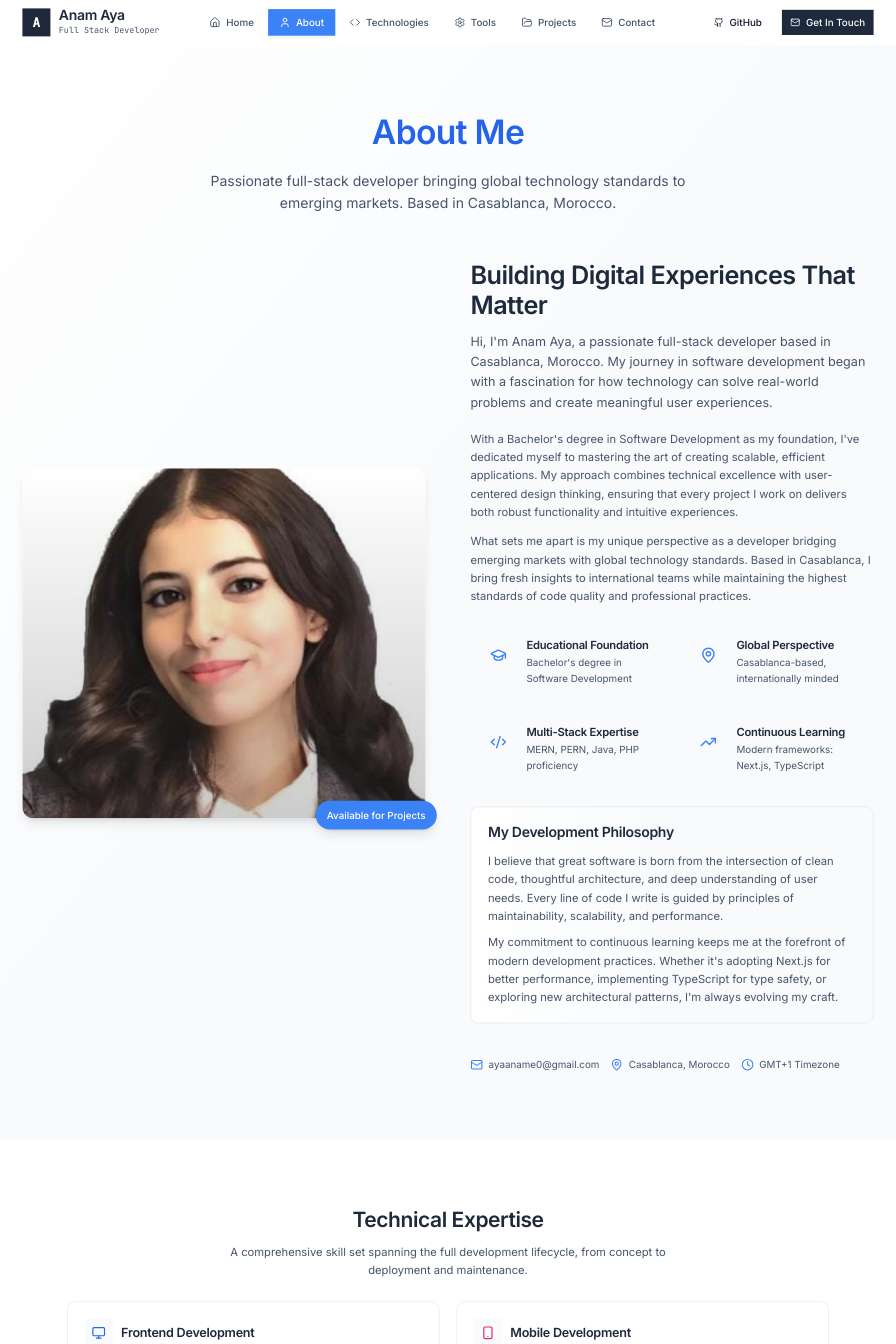
Repository: ayaaas/portflio_aya
Page: /about-me-personal-narrative
The author's editor kept a copy of each file at every save. The page is drawn from the files as they stood at one save, then again after a run of saves.
The browser window is 1280 px wide. The pictures show the part of the page from y = 0 to 1920 px (the page is 4280 px tall), at 70% of full size.
The project was rebuilt for these pictures with package versions that can differ from the ones it lists, and the page was loaded fresh each time. Also part of the build but not shown: vite.config.mjs, src/components/ErrorBoundary.jsx, src/pages/hero-section-developer-portfolio/components/ProfileImage.jsx, src/pages/hero-section-developer-portfolio/components/AnimatedText.jsx, src/pages/hero-section-developer-portfolio/components/HeroContent.jsx, src/pages/hero-section-developer-portfolio/components/BackgroundPattern.jsx, src/pages/hero-section-developer-portfolio/components/ScrollIndicator.jsx, src/pages/hero-section-developer-portfolio/index.jsx and 23 more.

Above is the page before, as saved 2025-07-20 01:06:20.

### index.html
<!doctype html>
<html lang="en">

<head>
  <meta charset="utf-8" />
  <title>anam-aya-portfolio</title>
  <meta name="viewport" content="width=device-width, initial-scale=1.0" />
  <meta name="theme-color" content="#000000" />
  <meta name="description" content="Web site created using create-react-app" />
  <link rel="icon" href="/favicon.ico" />
  <link rel="manifest" href="/manifest.json" />
<script type="module" src="https://static.rocket.new/rocket-web.js?_cfg=https%3A%2F%2Fanamayap2173back.builtwithrocket.new&_be=https%3A%2F%2Fapplication.rocket.new&_v=0.1.6"></script>
</head>

<body>
  <noscript>You need to enable JavaScript to run this app.</noscript>
  <div class="dhiwise-code" id="root"></div>
  <script type="module" src="/src/index.jsx"></script>
</body>

</html>

### src/Routes.jsx
import React from "react";
import { BrowserRouter, Routes as RouterRoutes, Route } from "react-router-dom";
import ScrollToTop from "components/ScrollToTop";
import ErrorBoundary from "components/ErrorBoundary";
// Add your imports here
import HeroSectionDeveloperPortfolio from "pages/hero-section-developer-portfolio";
import AboutMePersonalNarrative from "pages/about-me-personal-narrative";
import ToolsProfessionalWorkflowDisplay from "pages/tools-professional-workflow-display";
import ContactCommunicationPortal from "pages/contact-communication-portal";
import TechnologiesInteractiveStackShowcase from "pages/technologies-interactive-stack-showcase";
import ProjectsCuratedCaseStudies from "pages/projects-curated-case-studies";
import NotFound from "pages/NotFound";

const Routes = () => {
  return (
    <BrowserRouter>
      <ErrorBoundary>
      <ScrollToTop />
      <RouterRoutes>
        {/* Define your routes here */}
        <Route path="/" element={<HeroSectionDeveloperPortfolio />} />
        <Route path="/hero-section-developer-portfolio" element={<HeroSectionDeveloperPortfolio />} />
        <Route path="/about-me-personal-narrative" element={<AboutMePersonalNarrative />} />
        <Route path="/tools-professional-workflow-display" element={<ToolsProfessionalWorkflowDisplay />} />
        <Route path="/contact-communication-portal" element={<ContactCommunicationPortal />} />
        <Route path="/technologies-interactive-stack-showcase" element={<TechnologiesInteractiveStackShowcase />} />
        <Route path="/projects-curated-case-studies" element={<ProjectsCuratedCaseStudies />} />
        <Route path="*" element={<NotFound />} />
      </RouterRoutes>
      </ErrorBoundary>
    </BrowserRouter>
  );
};

export default Routes;

### src/pages/about-me-personal-narrative/index.jsx
import React, { useEffect, useRef } from 'react';
import { Helmet } from 'react-helmet';
import Header from '../../components/ui/Header';
import ProfileImage from './components/ProfileImage';
import PersonalStory from './components/PersonalStory';
import SkillsOverview from './components/SkillsOverview';
import PersonalValues from './components/PersonalValues';
import Icon from '../../components/AppIcon';
import Button from '../../components/ui/Button';

const AboutMePersonalNarrative = () => {
  const sectionsRef = useRef([]);

  useEffect(() => {
    const observerOptions = {
      threshold: 0.1,
      rootMargin: '0px 0px -50px 0px'
    };

    const observer = new IntersectionObserver((entries) => {
      entries.forEach((entry) => {
        if (entry.isIntersecting) {
          entry.target.classList.add('fade-in', 'visible');
        }
      });
    }, observerOptions);

    sectionsRef.current.forEach((section) => {
      if (section) {
        observer.observe(section);
      }
    });

    return () => {
      sectionsRef.current.forEach((section) => {
        if (section) {
          observer.unobserve(section);
        }
      });
    };
  }, []);

  const addToRefs = (el) => {
    if (el && !sectionsRef.current.includes(el)) {
      sectionsRef.current.push(el);
    }
  };

  return (
    <>
      <Helmet>
        <title>About Me - Anam Aya | Full Stack Developer Portfolio</title>
        <meta
          name="description"
          content="Learn about Anam Aya, a passionate full-stack developer from Casablanca, Morocco. Discover my journey, values, and expertise in modern web development technologies."
        />
        <meta name="keywords" content="Anam Aya, Full Stack Developer, Casablanca, Morocco, React, Node.js, Software Development, Web Developer" />
        <meta property="og:title" content="About Me - Anam Aya | Full Stack Developer" />
        <meta property="og:description" content="Passionate full-stack developer bringing global technology standards to emerging markets. Based in Casablanca, Morocco." />
        <meta property="og:type" content="website" />
        <link rel="canonical" href="/about-me-personal-narrative" />
      </Helmet>

      <div className="min-h-screen bg-background">
        <Header />

        <main className="pt-16">
          {/* Hero Section */}
          <section
            ref={addToRefs}
            className="fade-in py-16 lg:py-24 bg-gradient-to-br from-background via-surface to-muted"
          >
            <div className="max-w-7xl mx-auto px-6 lg:px-8">
              <div className="text-center mb-16">
                <h1 className="text-4xl md:text-5xl font-bold text-blue-600 mb-6">
                  About Me
                </h1>
                <p className="text-xl text-text-secondary max-w-3xl mx-auto leading-relaxed">
                  Passionate full-stack developer bringing global technology standards to emerging markets. Based in Casablanca, Morocco.
                </p>
              </div>
              <div className="grid grid-cols-1 lg:grid-cols-2 gap-12 lg:gap-16 items-center">
                {/* Profile Image */}
                <div className="order-2 lg:order-1 -mt-16">
                  <ProfileImage />
                </div>

                {/* Personal Story */}
                <div className="order-1 lg:order-2">
                  <PersonalStory />
                </div>
              </div>
            </div>
          </section>

          {/* Skills Overview Section */}
          <section
            ref={addToRefs}
            className="fade-in py-16 lg:py-24 bg-background"
          >
            <div className="max-w-6xl mx-auto px-6 lg:px-8">
              <SkillsOverview />
            </div>
          </section>

          {/* Personal Values Section */}
          <section
            ref={addToRefs}
            className="fade-in py-16 lg:py-24 bg-surface"
          >
            <div className="max-w-6xl mx-auto px-6 lg:px-8">
              <PersonalValues />
            </div>
          </section>

          {/* Call to Action Section */}
          <section
            ref={addToRefs}
            className="fade-in py-16 lg:py-24 bg-gradient-to-r from-primary/5 to-accent/5"
          >
            <div className="max-w-4xl mx-auto px-6 lg:px-8 text-center">
              <div className="space-y-8">
                <div className="space-y-4">
                  <h2 className="text-3xl lg:text-4xl font-bold text-blue-600">
                    Let's Build Something Amazing Together
                  </h2>
                  <p className="text-lg text-text-secondary max-w-2xl mx-auto">
                    Ready to bring your ideas to life? I'm always excited to work on new projects
                    and collaborate with teams that value quality and innovation.
                  </p>
                </div>

                <div className="flex flex-col sm:flex-row gap-4 justify-center">
                  <Button
                    variant="default"
                    size="lg"
                    iconName="Mail"
                    iconPosition="left"
                    onClick={() => window.location.href = 'mailto:ayaaname0@gmail.com'}
                    className="hover-lift"
                  >
                    Start a Conversation
                  </Button>

                  <Button
                    variant="outline"
                    size="lg"
                    iconName="FolderOpen"
                    iconPosition="left"
                    onClick={() => window.location.href = '/projects-curated-case-studies'}
                    className="hover-lift"
                  >
                    View My Work
                  </Button>
                </div>

                {/* Contact Info */}
                <div className="flex flex-col sm:flex-row gap-6 justify-center items-center pt-8 border-t border-border">
                  <div className="flex items-center space-x-2 text-text-secondary">
                    <Icon name="Mail" size={18} className="text-accent" />
                    <span className="text-sm">ayaaname0@gmail.com</span>
                  </div>
                  <div className="flex items-center space-x-2 text-text-secondary">
                    <Icon name="MapPin" size={18} className="text-accent" />
                    <span className="text-sm">Casablanca, Morocco</span>
                  </div>
                  <div className="flex items-center space-x-2 text-text-secondary">
                    <Icon name="Clock" size={18} className="text-accent" />
                    <span className="text-sm">GMT+1 Available</span>
                  </div>
                </div>
              </div>
            </div>
          </section>
        </main>
      </div>
    </>
  );
};

export default AboutMePersonalNarrative;

### src/pages/about-me-personal-narrative/components/ProfileImage.jsx
import React from 'react';
import Image from '../../../components/AppImage';

const ProfileImage = () => {
  return (
    <div className="relative">
      <div className="relative overflow-hidden rounded-2xl shadow-lg hover-lift">
        <Image
          src="public/assets/images/WhatsApp Image 2025-01-27 à 13.09.23_03e1ada6.jpg"
          alt="Anam Aya - Full Stack Developer in his development environment"
          className="w-full h-[500px] object-cover"
        />
        <div className="absolute inset-0 bg-gradient-to-t from-black/20 to-transparent"></div>
      </div>

      {/* Floating Badge */}
      <div className="absolute -bottom-4 -right-4 bg-accent text-accent-foreground px-4 py-2 rounded-full shadow-lg">
        <span className="text-sm font-medium">Available for Projects</span>
      </div>

      {/* Decorative Elements */}
      <div className="absolute -top-4 -left-4 w-8 h-8 bg-primary/10 rounded-full"></div>
      <div className="absolute top-8 -right-2 w-4 h-4 bg-accent/20 rounded-full"></div>
    </div>
  );
};

export default ProfileImage;

### src/pages/about-me-personal-narrative/components/SkillsOverview.jsx
import React from 'react';
import Icon from '../../../components/AppIcon';

const SkillsOverview = () => {
const skillCategories = [
  {
    category: 'Frontend Development',
    icon: 'Monitor',
    skills: ['React.js', 'Next.js', 'TypeScript', 'Tailwind CSS', 'HTML5/CSS3'],
    color: 'text-blue-600'
  },
  {
    category: 'Mobile Development',
    icon: 'Smartphone',
    skills: ['Flutter', 'Dart', 'Audioplayers'],
    color: 'text-pink-600'
  },
  {
    category: 'Backend Development',
    icon: 'Server',
    skills: ['Node.js', 'Express.js', 'PHP', 'Java', 'RESTful APIs'],
    color: 'text-green-600'
  },
  {
    category: 'Database & Tools',
    icon: 'Database',
    skills: ['MongoDB', 'SQFLite', 'PostgreSQL', 'MySQL'],
    color: 'text-purple-600'
  },
  {
    category: 'Development Practices',
    icon: 'Settings',
    skills: ['Agile/Scrum', 'Code Review', 'Performance Optimization'],
    color: 'text-orange-600'
  }
];



  return (
    <div className="space-y-8">
      <div className="text-center space-y-4">
        <h2 className="text-2xl lg:text-3xl font-bold text-primary">
          Technical Expertise
        </h2>
        <p className="text-text-secondary max-w-2xl mx-auto">
          A comprehensive skill set spanning the full development lifecycle,
          from concept to deployment and maintenance.
        </p>
      </div>

      <div className="grid grid-cols-1 md:grid-cols-2 gap-6">
        {skillCategories.map((category, index) => (
          <div
            key={index}
            className="bg-card rounded-xl p-6 border border-border hover:shadow-lg transition-all-300 hover-lift"
          >
            <div className="flex items-center space-x-3 mb-4">
              <div className="w-10 h-10 bg-surface rounded-lg flex items-center justify-center">
                <Icon name={category.icon} size={20} className={category.color} />
              </div>
              <h3 className="text-lg font-semibold text-primary">{category.category}</h3>
            </div>

            <div className="flex flex-wrap gap-2">
              {category.skills.map((skill, skillIndex) => (
                <span
                  key={skillIndex}
                  className="px-3 py-1 bg-muted text-text-secondary text-sm rounded-full hover:bg-accent/10 hover:text-accent transition-all-300"
                >
                  {skill}
                </span>
              ))}
            </div>
          </div>
        ))}
      </div>

      {/* Experience Timeline */}
      <div className="bg-gradient-to-r from-primary/5 to-accent/5 rounded-xl p-6 border border-primary/10">
        <h3 className="text-xl font-semibold text-primary mb-6 text-center">Development Journey</h3>

        <div className="space-y-4">
          <div className="flex items-start space-x-4">
            <div className="w-3 h-3 bg-accent rounded-full mt-2 flex-shrink-0"></div>
            <div>
              <h4 className="font-medium text-primary">Full-Stack Development Focus</h4>
              <p className="text-sm text-text-secondary">
                Specializing in modern web applications with React, Node.js, and cloud deployment
              </p>
            </div>
          </div>

          <div className="flex items-start space-x-4">
            <div className="w-3 h-3 bg-primary rounded-full mt-2 flex-shrink-0"></div>
            <div>
              <h4 className="font-medium text-primary">Academic Foundation</h4>
              <p className="text-sm text-text-secondary">
                Bachelor's degree in Software Development with focus on algorithms and system design
              </p>
            </div>
          </div>

          <div className="flex items-start space-x-4">
            <div className="w-3 h-3 bg-success rounded-full mt-2 flex-shrink-0"></div>
            <div>
              <h4 className="font-medium text-primary">Continuous Learning</h4>
              <p className="text-sm text-text-secondary">
                Staying current with Next.js, TypeScript, and modern development practices
              </p>
            </div>
          </div>
        </div>
      </div>
    </div>
  );
};

export default SkillsOverview;

### src/components/ui/Button.jsx
import React from 'react';
import { Slot } from "@radix-ui/react-slot";
import { cva } from "class-variance-authority";
import { cn } from "../../utils/cn";
import Icon from '../AppIcon';

const buttonVariants = cva(
    "inline-flex items-center justify-center whitespace-nowrap rounded-md text-sm font-medium ring-offset-background transition-colors focus-visible:outline-none focus-visible:ring-2 focus-visible:ring-ring focus-visible:ring-offset-2 disabled:pointer-events-none disabled:opacity-50",
    {
        variants: {
            variant: {
                default: "bg-primary text-primary-foreground hover:bg-primary/90",
                destructive: "bg-destructive text-destructive-foreground hover:bg-destructive/90",
                outline: "border border-input hover:bg-accent hover:text-accent-foreground",
                secondary: "bg-secondary text-secondary-foreground hover:bg-secondary/80",
                ghost: "hover:bg-accent hover:text-accent-foreground",
                link: "text-primary underline-offset-4 hover:underline",
                success: "bg-success text-success-foreground hover:bg-success/90",
                warning: "bg-warning text-warning-foreground hover:bg-warning/90",
                danger: "bg-error text-error-foreground hover:bg-error/90",
            },
            size: {
                default: "h-10 px-4 py-2",
                sm: "h-9 rounded-md px-3",
                lg: "h-11 rounded-md px-8",
                icon: "h-10 w-10",
                xs: "h-8 rounded-md px-2 text-xs",
                xl: "h-12 rounded-md px-10 text-base",
            },
        },
        defaultVariants: {
            variant: "default",
            size: "default",
        },
    }
);

const Button = React.forwardRef(({
    className,
    variant,
    size,
    asChild = false,
    children,
    loading = false,
    iconName = null,
    iconPosition = 'left',
    iconSize = null,
    fullWidth = false,
    disabled = false,
    ...props
}, ref) => {
    const Comp = asChild ? Slot : "button";

    // Icon size mapping based on button size
    const iconSizeMap = {
        xs: 12,
        sm: 14,
        default: 16,
        lg: 18,
        xl: 20,
        icon: 16,
    };

    const calculatedIconSize = iconSize || iconSizeMap[size] || 16;

    // Loading spinner
    const LoadingSpinner = () => (
        <svg className="animate-spin -ml-1 mr-2 h-4 w-4" fill="none" viewBox="0 0 24 24">
            <circle className="opacity-25" cx="12" cy="12" r="10" stroke="currentColor" strokeWidth="4" />
            <path className="opacity-75" fill="currentColor" d="M4 12a8 8 0 018-8V0C5.373 0 0 5.373 0 12h4zm2 5.291A7.962 7.962 0 014 12H0c0 3.042 1.135 5.824 3 7.938l3-2.647z" />
        </svg>
    );

    // Icon rendering
    const renderIcon = () => {
        if (!iconName) return null;

        return (
            <Icon
                name={iconName}
                size={calculatedIconSize}
                className={cn(
                    children && iconPosition === 'left' && "mr-2",
                    children && iconPosition === 'right' && "ml-2"
                )}
            />
        );
    };

    return (
        <Comp
            className={cn(
                buttonVariants({ variant, size, className }),
                fullWidth && "w-full"
            )}
            ref={ref}
            disabled={disabled || loading}
            {...props}
        >
            {loading && <LoadingSpinner />}
            {iconName && iconPosition === 'left' && renderIcon()}
            {children}
            {iconName && iconPosition === 'right' && renderIcon()}
        </Comp>
    );
});

Button.displayName = "Button";

export default Button;

Loaded but not shown: src/index.jsx (common file); src/App.jsx (common file); src/styles/tailwind.css (library); src/styles/index.css (common file); src/components/ScrollToTop.jsx (common file); src/components/AppIcon.jsx (common file); src/components/AppImage.jsx (common file); src/utils/cn.js (common file); tailwind.config.js (148 lines, source omitted); src/components/ui/Header.jsx (183 lines, source omitted); src/pages/about-me-personal-narrative/components/PersonalValues.jsx (120 lines, source omitted); src/pages/about-me-personal-narrative/components/PersonalStory.jsx (114 lines, source omitted)

After the next 2 saves:
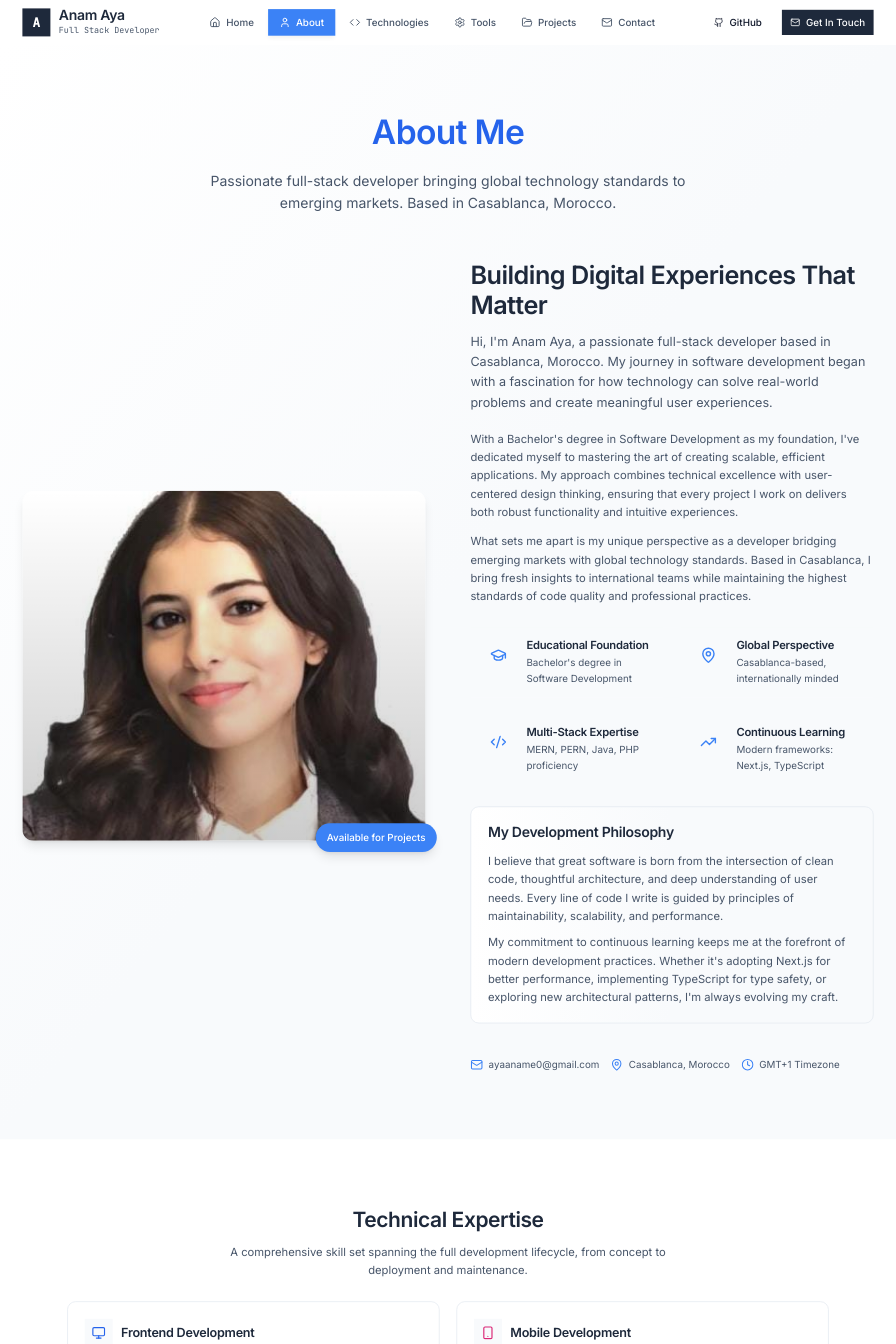
The 2 saves are shown as one change because they came seconds apart.
The last was saved 13 s later.
--- a/src/pages/about-me-personal-narrative/index.jsx
+++ b/src/pages/about-me-personal-narrative/index.jsx
@@ -81,7 +81,7 @@ const AboutMePersonalNarrative = () => {
               </div>
               <div className="grid grid-cols-1 lg:grid-cols-2 gap-12 lg:gap-16 items-center">
                 {/* Profile Image */}
-                <div className="order-2 lg:order-1 -mt-16">
+                <div className="order-2 lg:order-1 -mt-26">
                   <ProfileImage />
                 </div>
 
